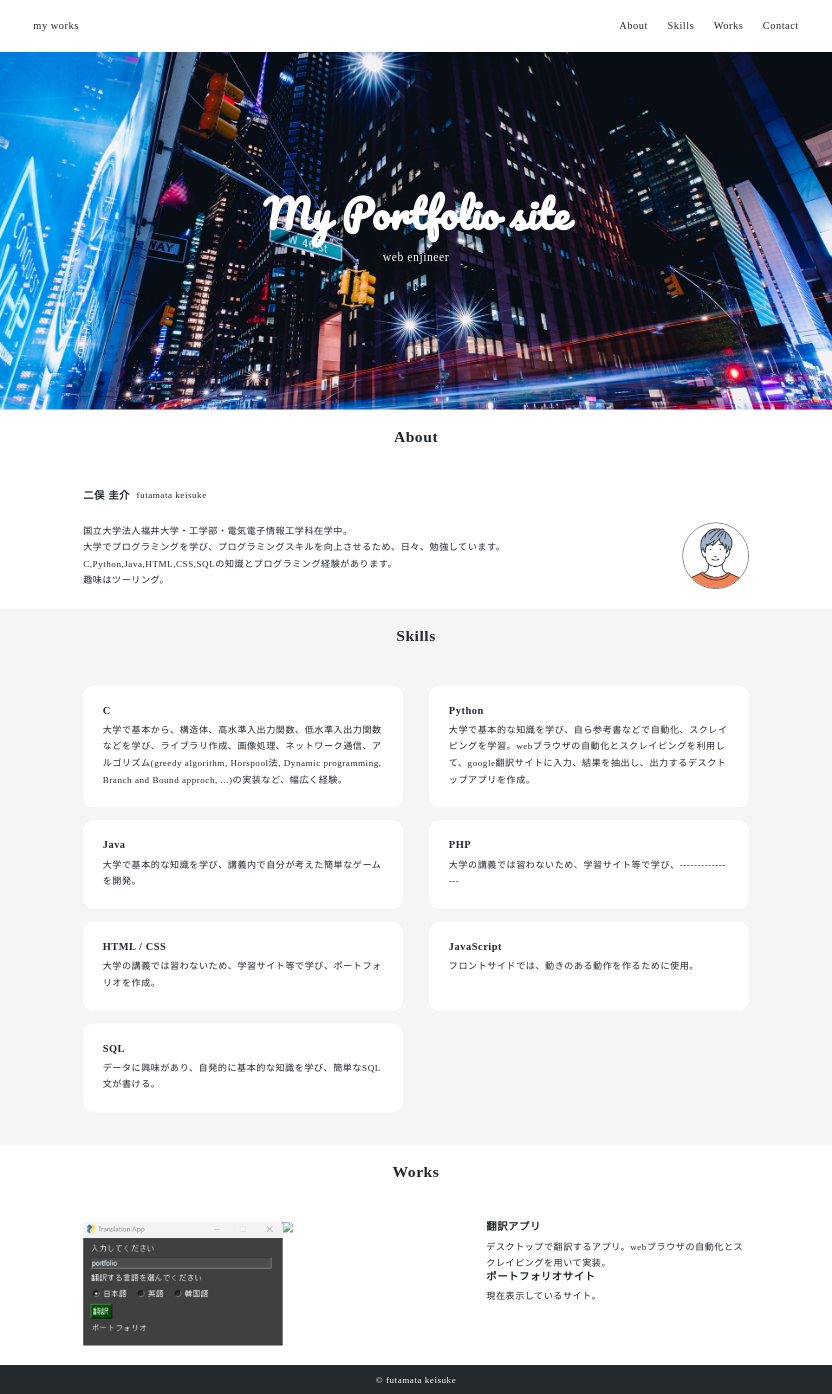
Repository: F-ksk/portfolio
Page: index.html
The author's editor kept a copy of each file at every save. The page is drawn from the files as they stood at one save, then again after the next save.
The browser window is 1280 px wide. The pictures show the whole page, at 65% of full size.

Above is the page before, as saved 2023-06-29 21:07:30.
Not found: img/portfolio(2).jpg

### index.html
<!DOCTYPE html>
<html>
    <head>
        <meta charset="UTF-8" />
        <meta http-equiv="X-UA-Compatible" content="IE=edge" />
        <meta name="viewport" content="width=device-width, initial-scale=1.0" />
        <meta name="robots" content="noindex" />
        <title>FK Portfolio</title>
        <link rel="stylesheet" href="css/reset.css" />
        <link rel="stylesheet" href="css/style.css" />
    </head>
    <body>

        <header>
            <a href="index.html">my works</a>
            <nav>
                <ul>
                    <li>About</li>
                    <li>Skills</li>
                    <li>Works</li>
                    <li>Contact</li>
                </ul>
            </nav>
        </header>

        <div class="main-visual">
            <div>
                <h1>My Portfolio site</h1>
                <p>web enjineer</p>
            </div>
        </div>

        <section id="about">
            <h2>About</h2>
            <div id="about-name">
                <h3>二俣 圭介</h3>
                <p>futamata keisuke</p>
            </div>
            <div id="about-detail">
                <p>
                    国立大学法人福井大学・工学部・電気電子情報工学科在学中。<br>
                    大学でプログラミングを学び、プログラミングスキルを向上させるため、日々、勉強しています。
                    C,Python,Java,HTML,CSS,SQLの知識とプログラミング経験があります。<br>
                    趣味はツーリング。
                </p>
                <img src="./img/man.jpg">
            </div>
        </section>
        <section id="skills">
            <h2>Skills</h2>
            <div class="skill-list">
                <div class="skill-item">
                    <h3>C</h3>
                    <p>大学で基本から、構造体、高水準入出力関数、低水準入出力関数などを学び、ライブラリ作成、画像処理、ネットワーク通信、アルゴリズム(greedy algorithm, Horspool法, Dynamic programming, Branch and Bound approch, ...)の実装など、幅広く経験。</p>
                </div>
                <div class="skill-item">
                    <h3>Python</h3>
                    <p>大学で基本的な知識を学び、自ら参考書などで自動化、スクレイピングを学習。webブラウザの自動化とスクレイピングを利用して、google翻訳サイトに入力、結果を抽出し、出力するデスクトップアプリを作成。</p>
                </div>
                <div class="skill-item">
                    <h3>Java</h3>
                    <p>大学で基本的な知識を学び、講義内で自分が考えた簡単なゲームを開発。</p>
                </div>
                <div class="skill-item">
                    <h3>PHP</h3>
                    <p>大学の講義では習わないため、学習サイト等で学び、----------------</p>
                </div>
                <div class="skill-item">
                    <h3>HTML / CSS</h3>
                    <p>大学の講義では習わないため、学習サイト等で学び、ポートフォリオを作成。</p>
                </div>
                <div class="skill-item">
                    <h3>JavaScript</h3>
                    <p>フロントサイドでは、動きのある動作を作るために使用。</p>
                </div>
                <div class="skill-item">
                    <h3>SQL</h3>
                    <p>データに興味があり、自発的に基本的な知識を学び、簡単なSQL文が書ける。</p>
                </div>
            </div>
        </section>
        <section id="works">
            <h2>Works</h2>
            <div class="work-item">
                <img src="./img/portfolio.jpg">
                <img src="./img/portfolio(2).jpg">
                <div class="work-description">
                    <h3>翻訳アプリ</h3>
                    <p>デスクトップで翻訳するアプリ。webブラウザの自動化とスクレイピングを用いて実装。</p>
                    <h3>ポートフォリオサイト</h3>
                    <p>現在表示しているサイト。</p>
                </div>
            </div>
        </section>
        <footer>
            <p>&copy; futamata keisuke</p>
        </footer>
    </body>
</html>

### css/style.css
@charset "UTF-8";
@import url('https://fonts.googleapis.com/css2?family=Roboto:wght@100;300;400;500;700;900&display=swap');
@import url('https://fonts.googleapis.com/css2?family=Noto+Sans+JP:wght@300;400;500;700;900&display=swap');
@import url('https://fonts.googleapis.com/css2?family=Pacifico&display=swap');

html {
  font-size: 100%;
}

body {
    color: #24292e;
    letter-spacing: 0.05em;
}

a,a:visited {
    color: #24292e;
    text-decoration: none;
}

img {
    max-width: 100%;
}

li {
    list-style: none;
}

p {
    line-height: 1.8;
    font-size: 14px;
}

h1 {
    font-size: 60px;
    font-family: 'Pacifico';
}

h2 {
    font-size: 1.5rem;
    text-align: center;
    margin-bottom: 65px;
}

h3 {
    font-size: 16px;
}

header {
    max-width: 100%;
    background-color: #fff;
    display: flex;
    justify-content: space-between;
    height: 80px;
    padding: 0 4%;
    align-items: center;
    position: sticky;
    top: 0;
}

header ul {
    display: flex;
}

header li {
    margin-left: 30px;
}

.main-visual {
    width: 100%;
    height: 550px;
    background-image: url(../img/town.jpg);
    background-size: cover;
    color: #FFF;
    text-align: center;
    display: flex;
    justify-content: center;
    align-items: center;
}

.main-visual p {
    margin-top: 20px;
    font-size: 18px;
}

#about-name{
    display: flex;
    justify-content: flex-start;
    align-items: center;
}

#about h3 {
    margin-right: 10px;
}

#about p {
    width: 80%;
}

#about-detail {
    margin-top: 30px;
    display: flex;
    justify-content: space-between;
}

#about img {
    width: 100px;
    height: 100px;
    border-radius: 50%;
    object-fit: cover;
    border-style: solid;
    border-width: 1px;
}

section {
    padding: 30px 10%;
}

#skills {
    background-color: #f5f5f5;
}

#skills h3 {
    margin-bottom: 10px;
}

.skill-list {
    display: flex;
    justify-content: space-between;
    flex-wrap: wrap;
}

.skill-item {
    width: 48%;
    background-color: #fff;
    border-radius: 16px;
    margin-bottom: 20px;
    padding: 30px;
    box-sizing: border-box;
}

.work-item {
    display: flex;
    justify-content: space-between;
}

#works img {
    width: 30%;
}

.work-description {
    margin-left: 10px;
    width: 40%;
}

.work-description p {
    margin-top: 10px;
}

footer {
    background-color: #24292e;
    color: #fff;
    font-size:  0.5rem;
    padding: 10px 20px;
    text-align: center;
}

Loaded but not shown: css/reset.css (common file)

After the next save:
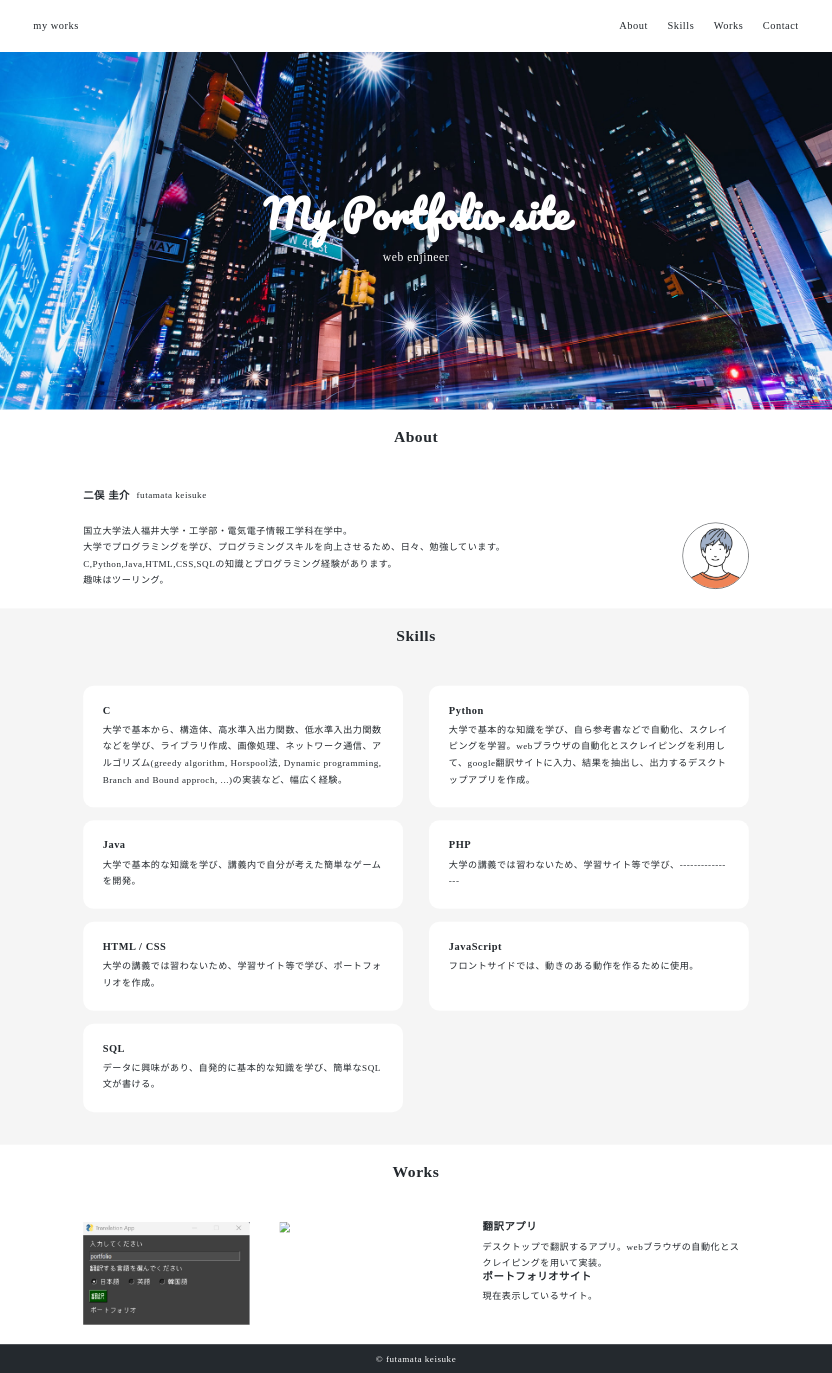
Saved 8 s later.
--- a/css/style.css
+++ b/css/style.css
@@ -144,7 +144,7 @@ section {
 }
 
 #works img {
-    width: 30%;
+    width: 25%;
 }
 
 .work-description {
